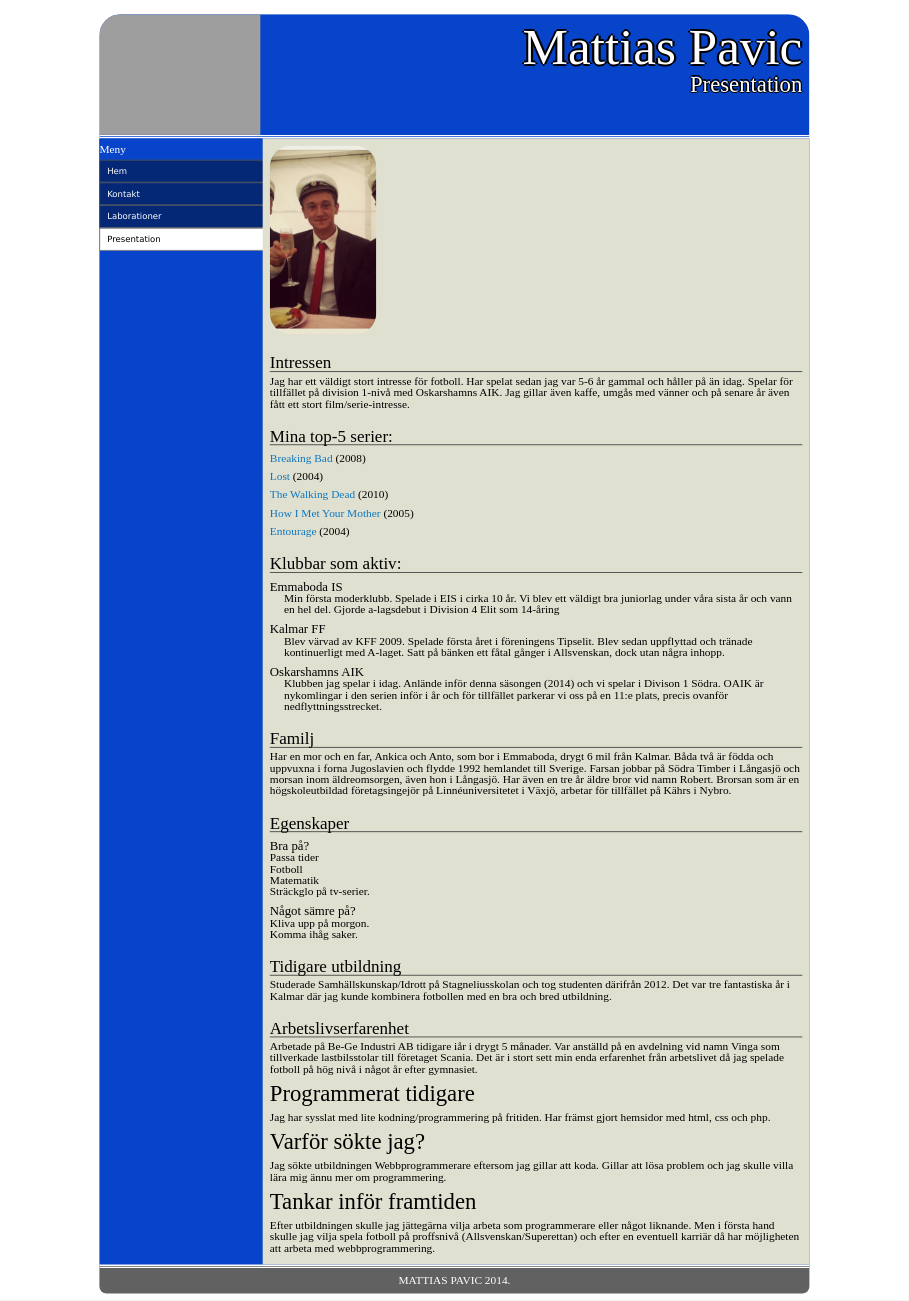
Repository: mp222sf/1ik415-laborationer
Page: pages/presentation.html
The author's editor kept a record of every edit. The page is drawn from the files as they stood at one moment, then again after the next edit.
The browser window is 1280 px wide. The pictures show the whole page, at 71% of full size.
Pictures or frames that could not be fetched are drawn as grey boxes.

Above is the page before.

After the next edit:
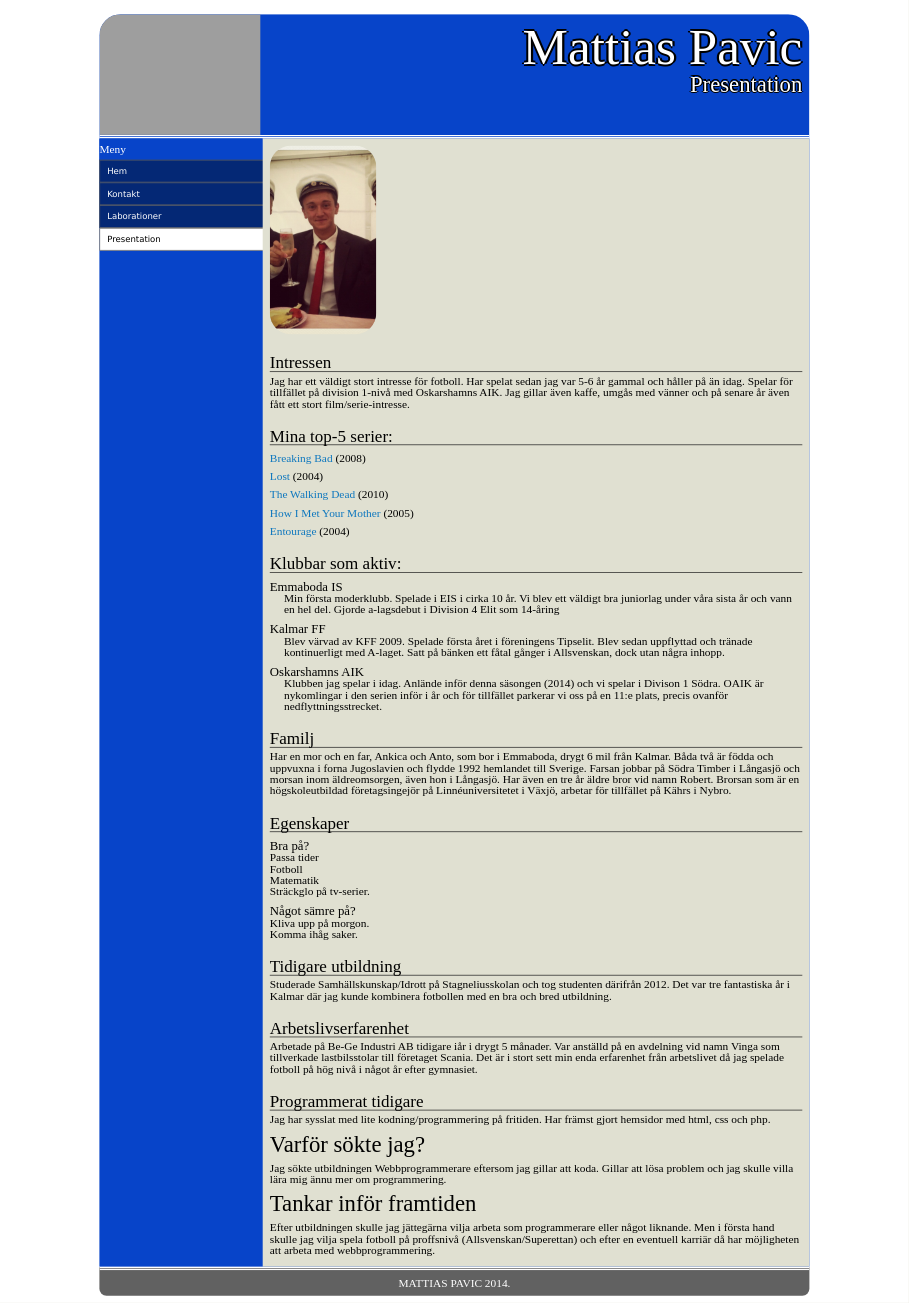
The edit:
--- a/pages/presentation.html
+++ b/pages/presentation.html
@@ -84,7 +84,7 @@
                     Var anställd på en avdelning vid namn Vinga som tillverkade lastbilsstolar till företaget Scania.
                     Det är i stort sett min enda erfarenhet från arbetslivet då jag spelade fotboll på hög nivå i något år efter gymnasiet.</p>
 
-                <h3>Programmerat tidigare</h3>
+                <h4>Programmerat tidigare</h4>
                 <p> Jag har sysslat med lite kodning/programmering på fritiden.
                     Har främst gjort hemsidor med html, css och php.</p>
 
